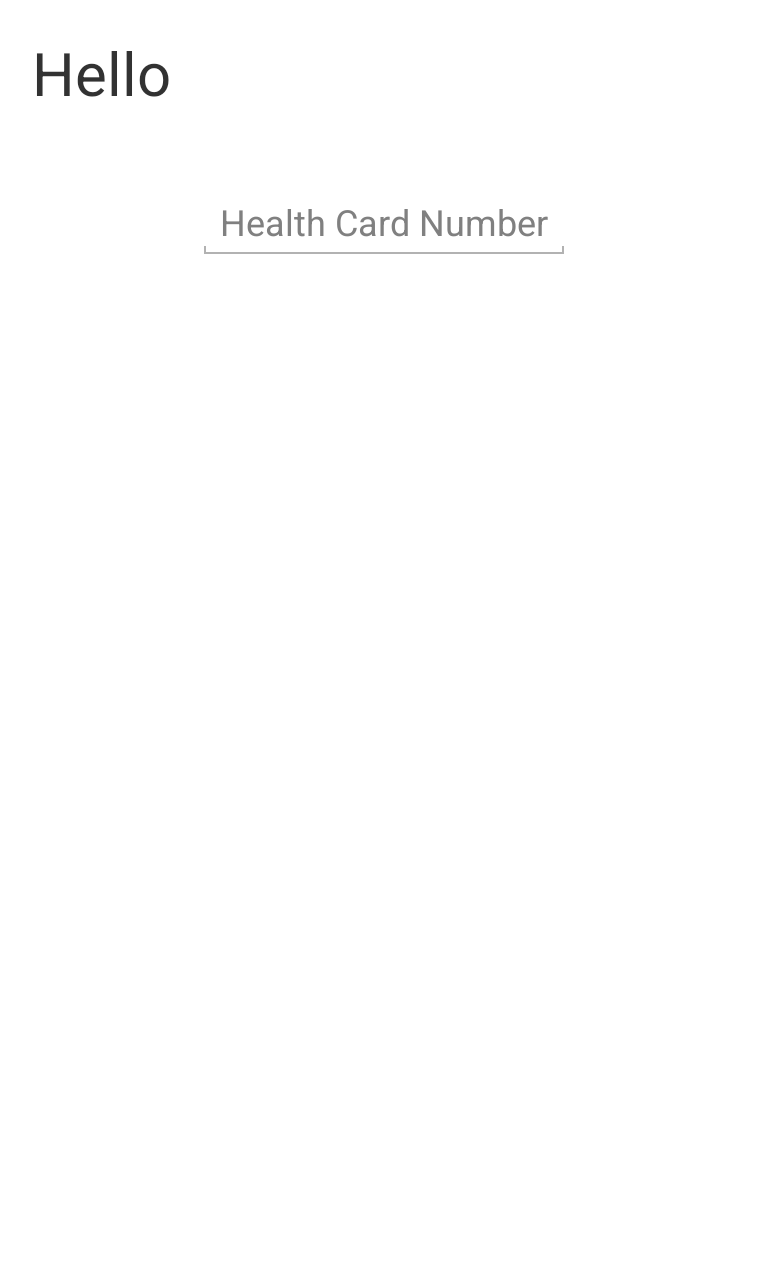
Repository: wangyuan0915/ER
Layout: workspace2/phase3/res/layout/activity_view_patient_record.xml
These files come from the project's save history. The layout is drawn as it stood at one moment and after the next save; the edit follows.
It is drawn on a 768 x 1280 px phone screen (xhdpi) without system bars, with theme AppTheme; the app's code is not run.

Above is the layout before, as saved 2013-11-24 20:49:39.

### workspace2/phase3/res/layout/activity_view_patient_record.xml
<RelativeLayout xmlns:android="http://schemas.android.com/apk/res/android"
    xmlns:tools="http://schemas.android.com/tools"
    android:layout_width="match_parent"
    android:layout_height="match_parent"
    android:paddingBottom="@dimen/activity_vertical_margin"
    android:paddingLeft="@dimen/activity_horizontal_margin"
    android:paddingRight="@dimen/activity_horizontal_margin"
    android:paddingTop="@dimen/activity_vertical_margin"
    tools:context=".ViewPatientRecord" >

    <TextView
        android:id="@+id/textView2"
        android:layout_width="wrap_content"
        android:layout_height="wrap_content"
        android:text="@string/Hello"
        android:textSize="30sp" />

    <EditText
        android:id="@+id/card#"
        android:layout_width="wrap_content"
        android:layout_height="wrap_content"
        android:layout_below="@+id/textView2"
        android:layout_centerHorizontal="true"
        android:layout_marginTop="35dp"
        android:hint="@string/Health_Card_Number"
        android:textAppearance="?android:attr/textAppearanceMedium" />

</RelativeLayout>

### workspace2/phase3/res/values/strings.xml
<?xml version="1.0" encoding="utf-8"?>
<resources>

    <string name="app_name">phase3</string>
    <string name="action_settings">Settings</string>
    <string name="hello_world">Hello world!</string>
    <string name="Login">Login</string>
    <string name="username">username</string>
    <string name="password">password</string>
    <string name="Nurse">Nurse</string>
    <string name="Physician">Physician</string>
    <string name="login">login</string>
    <string name="title_activity_choice">ChoiceActivity</string>
    <string name="title_activity_physician__choice">Physician_ChoiceActivity</string>
    <string name="Hello">Hello</string>
    <string name="Add_a_new_patient">Add a new patient</string>
    <string name="Add_VitalSign">Add VitalSign</string>
    <string name="title_activity_new_patient">NewPatientActivity</string>
    <string name="title_activity_add_vital_sign">AddVitalSignActivity</string>
    <string name="New_Patient">New Patient</string>
    <string name="patient_name">patient\'s name</string>
    <string name="Health_Card_Number">Health Card Number</string>
    <string name="Birthday">Birthday</string>
    <string name="Year">Year</string>
    <string name="Month">Month</string>
    <string name="Day">Day</string>
    <string name="Date">Date</string>
    <string name="Time">Time</string>
    <string name="Hour">Hour</string>
    <string name="Minute">Minute</string>
    <string name="Submit">Submit</string>
    <string name="VitalSign">VitalSign</string>
    <string name="Temperature">Temperature</string>
    <string name="Systolic">Systolic</string>
    <string name="Diastolic">Diastolic</string>
    <string name="Heartrate">Heartrate</string>
    <string name="View_Patient_Record">View Patient\'s Record</string>
    <string name="Add_Prescription">Add Prescription</string>
    <string name="title_activity_view_patient_record">ViewPatientRecord</string>
    <string name="title_activity_add_prescription">AddPrescription</string>
    <string name="Medication">Medication</string>
    <string name="Instruction">Instruction</string>

</resources>

Loaded but not shown: workspace2/phase3/res/values/styles.xml (common file); workspace2/phase3/res/values-v11/styles.xml (common file); workspace2/phase3/res/values-v14/styles.xml (common file); workspace2/phase3/res/values/dimens.xml (common file)

After the next save:
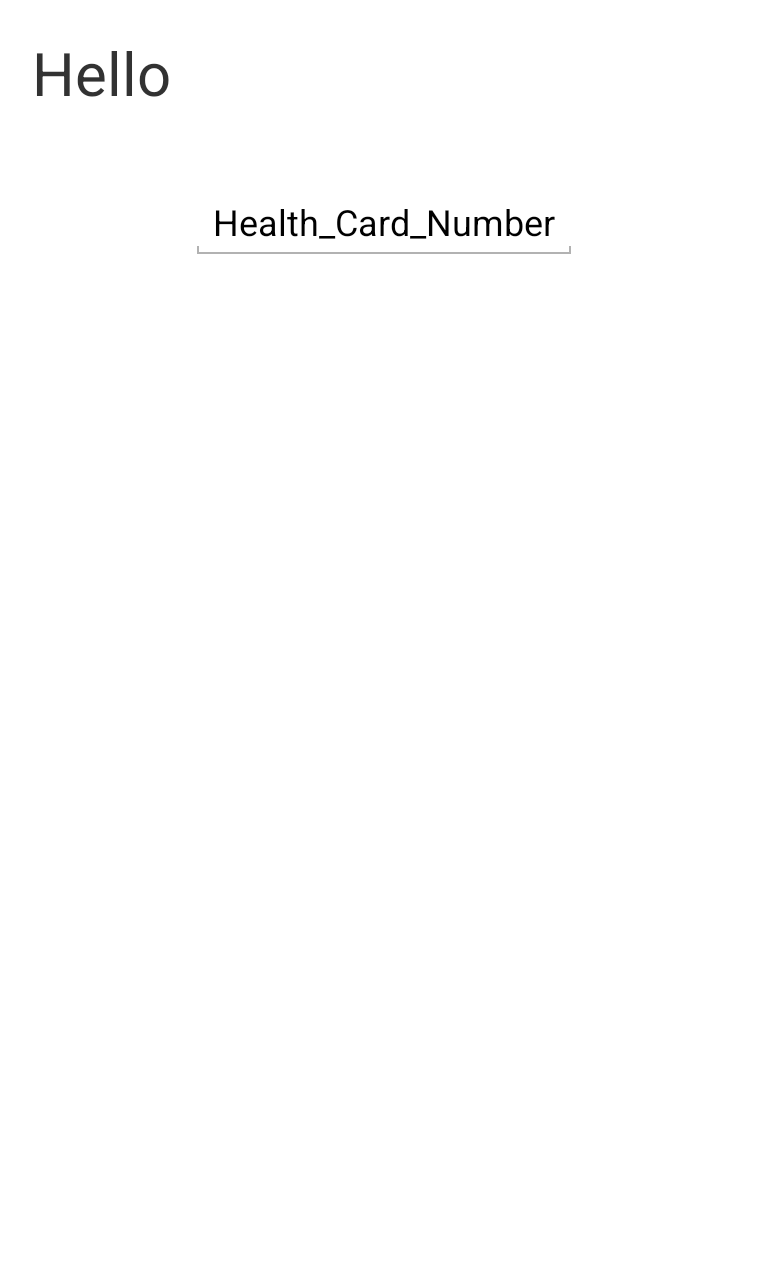
Saved 21 s later.
--- a/workspace2/phase3/res/layout/activity_view_patient_record.xml
+++ b/workspace2/phase3/res/layout/activity_view_patient_record.xml
@@ -22,7 +22,7 @@
         android:layout_below="@+id/textView2"
         android:layout_centerHorizontal="true"
         android:layout_marginTop="35dp"
-        android:hint="@string/Health_Card_Number"
+        android:text="Health_Card_Number"
         android:textAppearance="?android:attr/textAppearanceMedium" />
 
 </RelativeLayout>

After the save that followed:
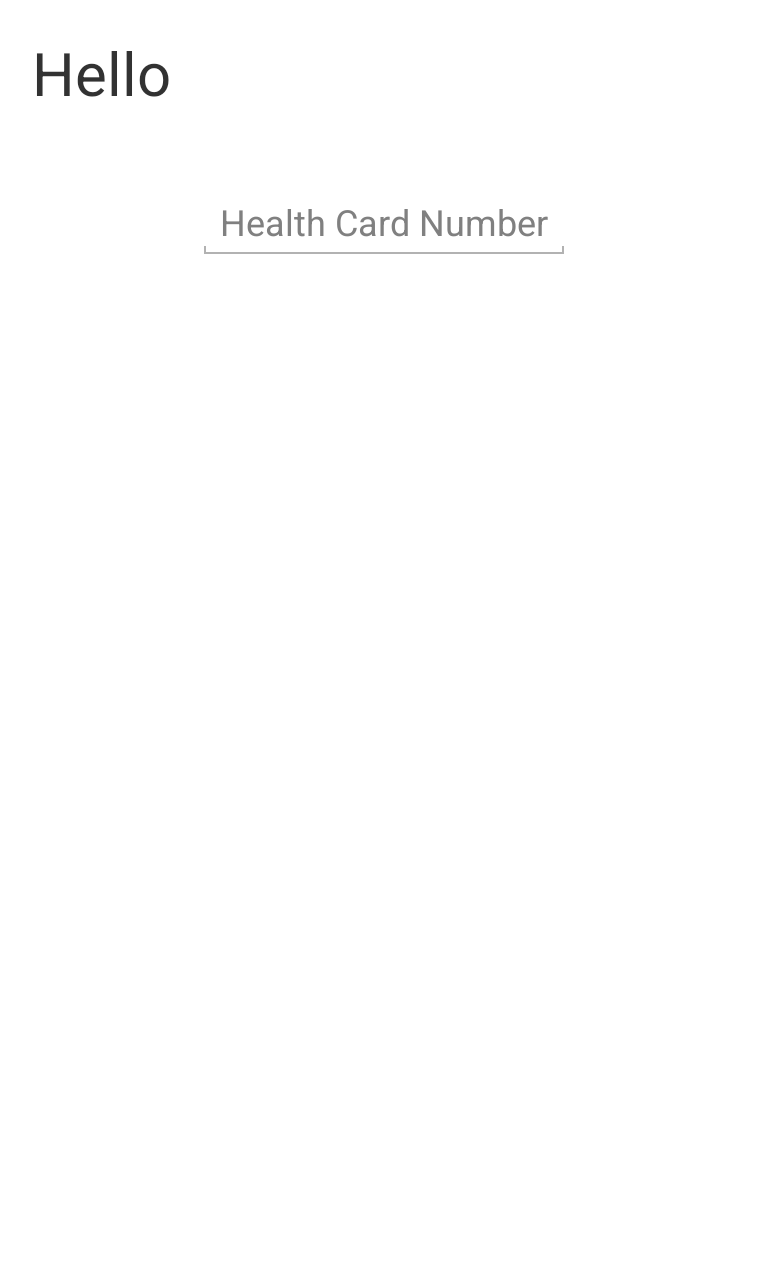
Saved 16 s later.
--- a/workspace2/phase3/res/layout/activity_view_patient_record.xml
+++ b/workspace2/phase3/res/layout/activity_view_patient_record.xml
@@ -22,7 +22,7 @@
         android:layout_below="@+id/textView2"
         android:layout_centerHorizontal="true"
         android:layout_marginTop="35dp"
-        android:text="Health_Card_Number"
+        android:hint="@string/Health_Card_Number"
         android:textAppearance="?android:attr/textAppearanceMedium" />
 
 </RelativeLayout>
